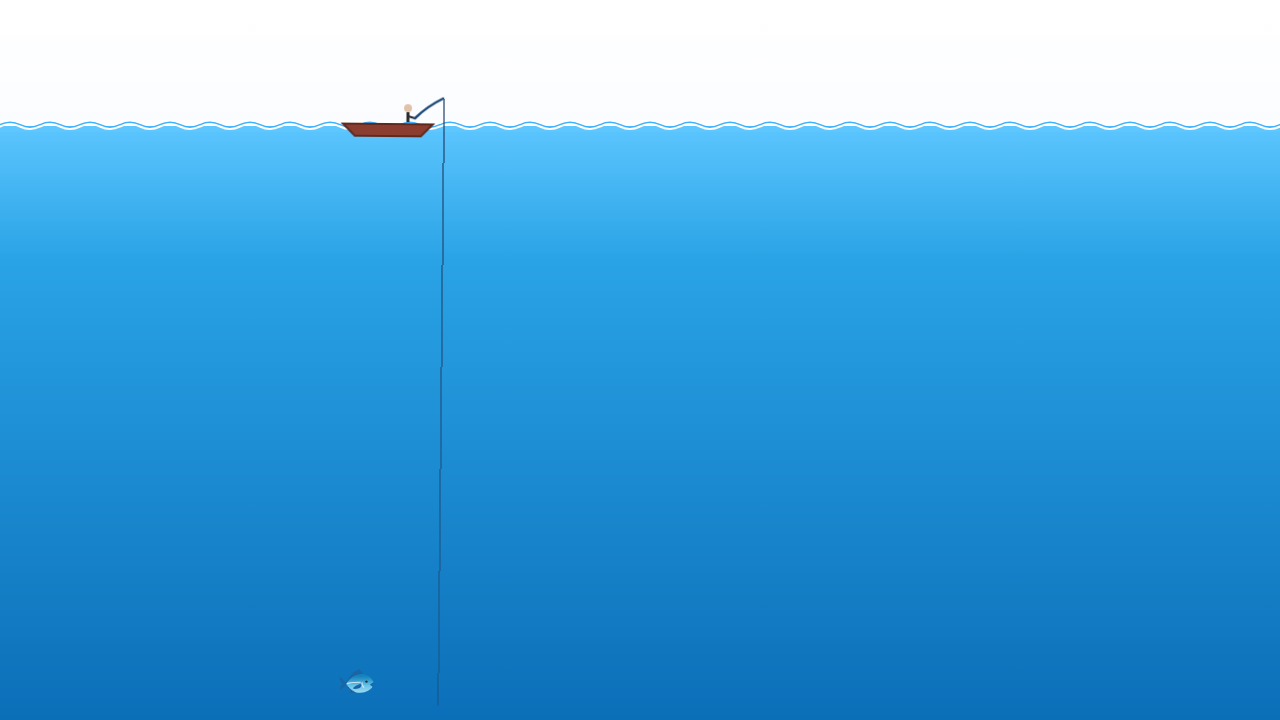
Repository: DeepFriedTurkey441/fd_game_project
Page: index.html
These files come from the project's save history. The page is drawn as it stood at one moment and after the next save; the edit follows.
The browser window is 1280 px wide. The pictures show the whole page.

Above is the page before, as saved 2025-09-22 14:18:16.

After the next save:
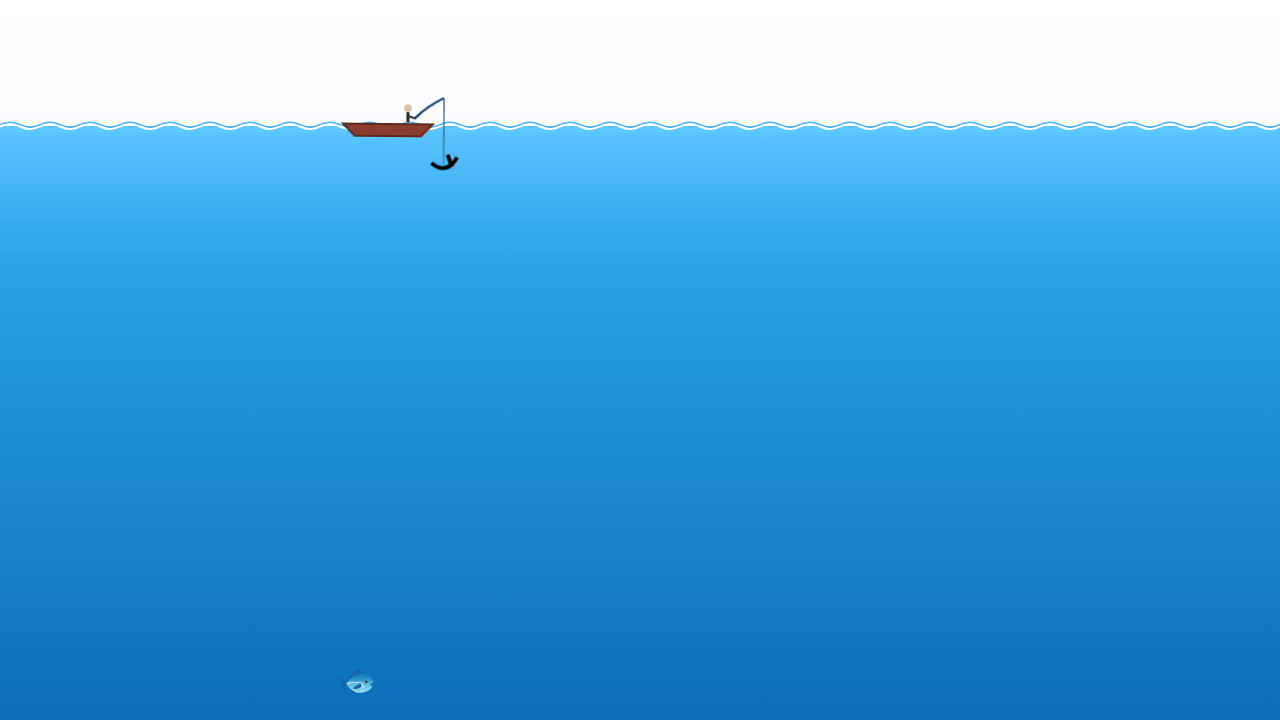
Saved 3 min 16 s later.
--- a/script.js
+++ b/script.js
@@ -117,15 +117,13 @@
     const newTop = hookY + dy;
     const maxTop = bottom - 12;
     const clampedTop = Math.min(maxTop, Math.max(waterTop + 40, newTop));
-    // Convert to bottom offset relative to line container
+    // Position hook (absolute within boat) using page→boat coordinates
     const newHookTop = clampedTop - hookRect.height / 2;
-    hookEl.style.top = newHookTop + 'px';
-
-    // Reel-in effect: shorten visible line to the hook tip
-    const lineRect = lineEl.getBoundingClientRect();
-    const newLineHeight = Math.max(0, (newHookTop + hookRect.height / 2) - rodTip.y);
-    lineEl.style.setProperty('mask-image', `linear-gradient(to bottom, black ${newLineHeight}px, transparent ${newLineHeight}px)`);
-    lineEl.style.setProperty('-webkit-mask-image', `linear-gradient(to bottom, black ${newLineHeight}px, transparent ${newLineHeight}px)`);
+    hookEl.style.top = (newHookTop - boatRect.top) + 'px';
+
+    // Reel-in effect: simply shorten the line element height to the hook
+    const visibleHeight = Math.max(0, (newHookTop + hookRect.height / 2) - rodTip.y);
+    lineEl.style.height = visibleHeight + 'px';
   }
 
   document.addEventListener('keydown', (e) => {
